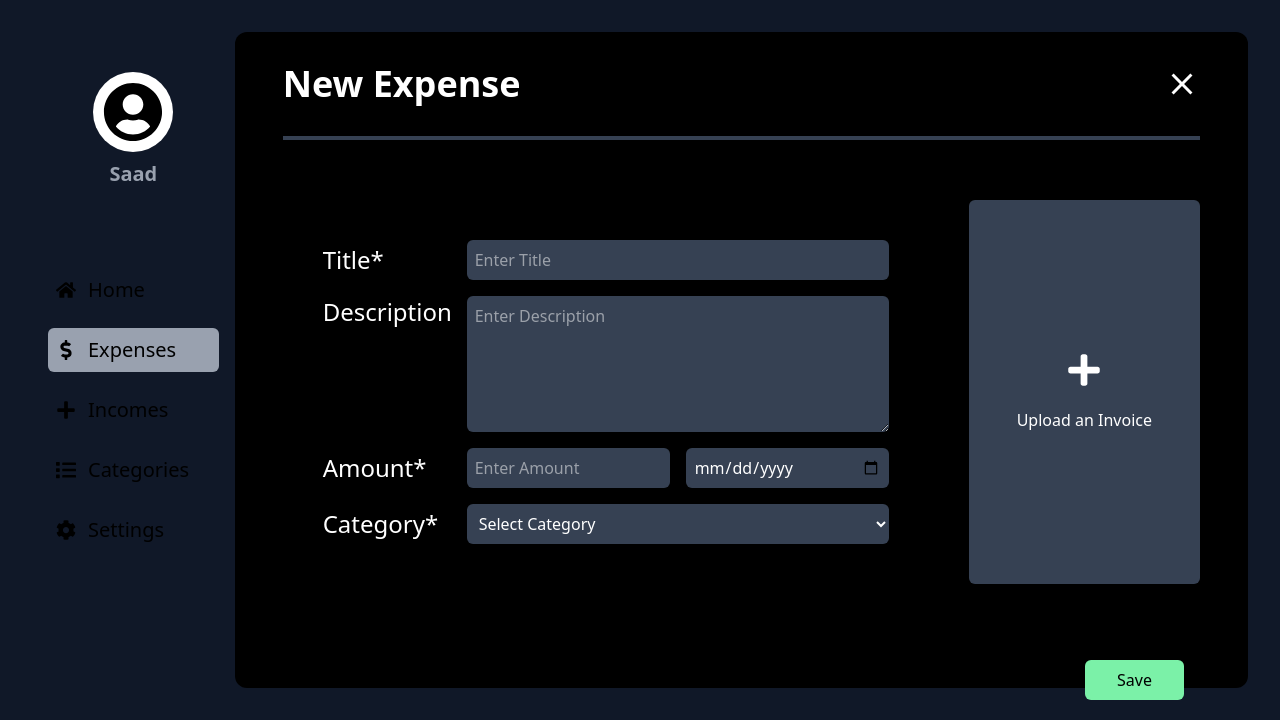
Repository: saad-naveed-brainx/Expense
Page: /expenses
These files come from the project's save history. The page is drawn as it stood at one moment and after a run of saves; the edit follows.
The browser window is 1280 px wide. The pictures show the whole page.
The project was rebuilt for these pictures with package versions that can differ from the ones it lists, and the page was loaded fresh each time. Also part of the build but not shown: vite.config.js, src/components/LandingPage.jsx, src/components/NotUsed.jsx.

Above is the page before, as saved 2025-09-04 17:36:30.

After the next 2 saves:
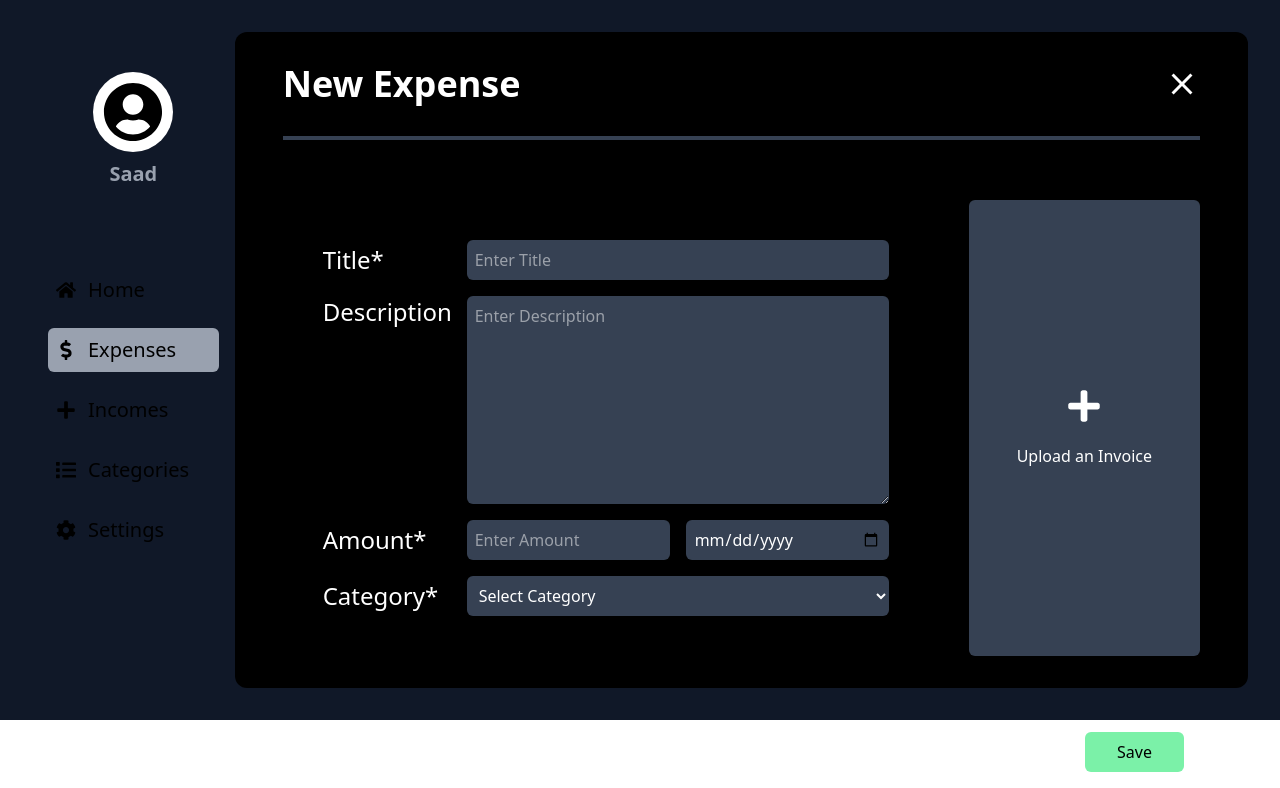
The 2 saves are shown as one change because they came seconds apart.
The last was saved 6 s later.
--- a/src/components/Expenses.jsx
+++ b/src/components/Expenses.jsx
@@ -34,7 +34,7 @@ export default function Expenses() {
             </div>
             <div className='flex gap-4 items-start'>
               <h1 className='text-2xl w-32 shrink-0'>Description</h1>
-              <textarea rows="5" type="text" placeholder='Enter Description' className='bg-gray-700 rounded-md p-2 flex-1 min-w-0' {...register("description")} />
+              <textarea rows="8" type="text" placeholder='Enter Description' className='bg-gray-700 rounded-md p-2 flex-1 min-w-0' {...register("description")} />
             </div>
             <div className='flex gap-4 items-center'>
               <h1 className='text-2xl w-32 shrink-0'>Amount*</h1>
